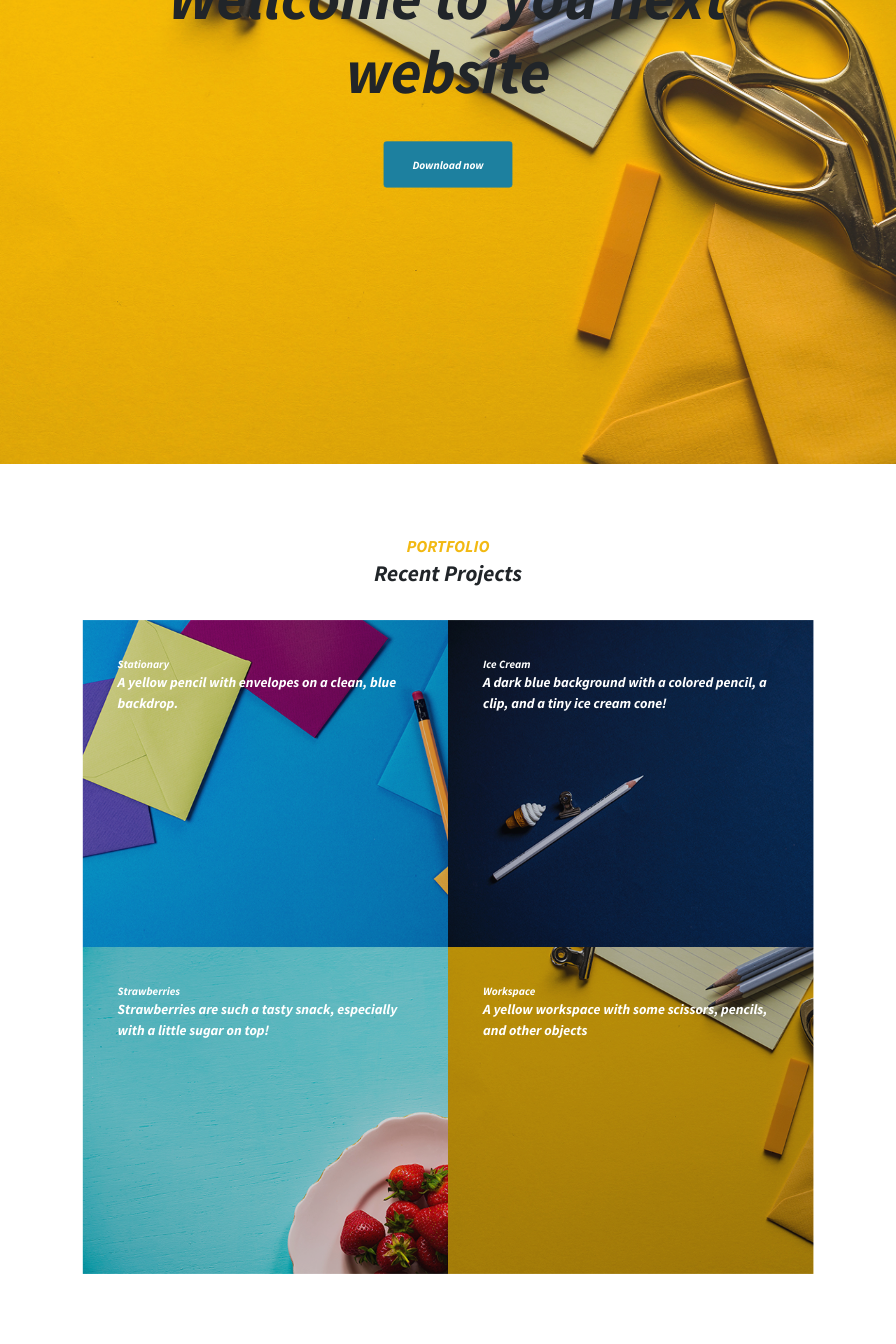
Repository: hoangpino/VE_FE_FrameWork_005
Page: lab06/index.html
The author's editor kept a copy of each file at every save. The page is drawn from the files as they stood at one save, then again after the next save.
The browser window is 1280 px wide. The pictures show the part of the page from y = 2217 to 4137 px (the page is 4137 px tall), at 70% of full size.
Backgrounds fixed to the window are drawn as part of the page.

Above is the page before, as saved 2021-10-05 19:15:11.

After the next save:
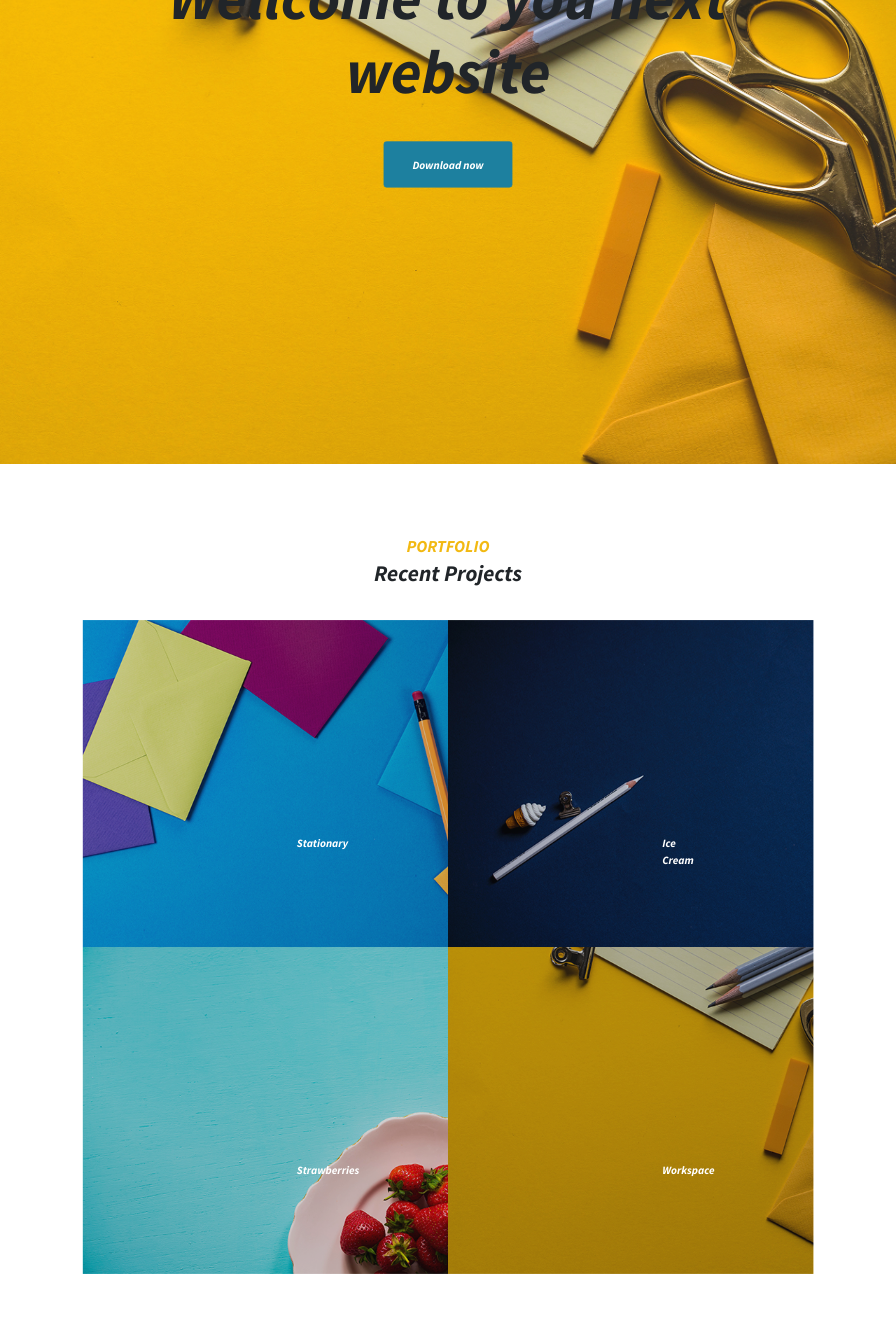
Saved 83 s later.
--- a/lab06/css/style.css
+++ b/lab06/css/style.css
@@ -175,3 +175,7 @@
     text-align: left;
     padding: 50px;
 }
+
+.caption div {
+    margin: 16rem;
+}
